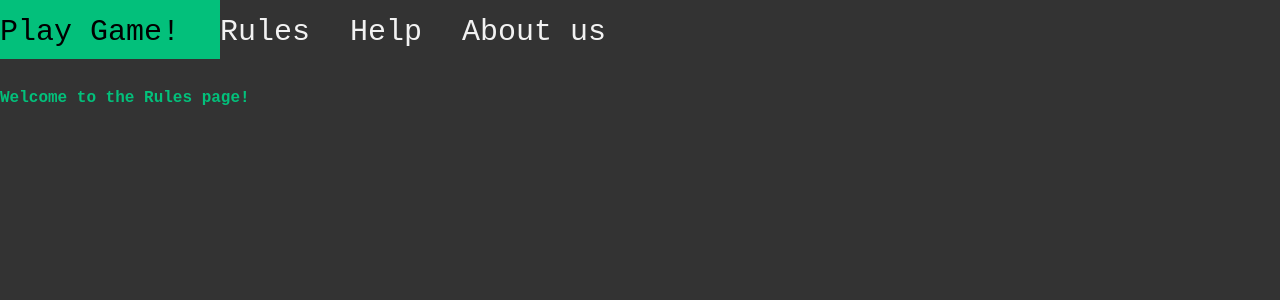
Repository: Ascendrospyder/rock-paper-scissors
Page: rulesPage.html
The author's editor kept a copy of each file at every save. The page is drawn from the files as they stood at one save, then again after a run of saves.
The browser window is 1280 px wide. The pictures show the whole page.

Above is the page before, as saved 2022-12-26 11:52:54.

### rulesPage.html
<!DOCTYPE html>
<html lang="en">
<head>
    <meta charset="UTF-8">
    <meta http-equiv="X-UA-Compatible" content="IE=edge">
    <meta name="viewport" content="width=device-width, initial-scale=1.0">
    <title>Rules</title>
    <link rel = "stylesheet" href="./css/style.css">
    <link rel = "stylesheet" href="./css/navbar.css">
</head>
<body>
    <nav>
        <div class = "nav-bar">
          <a class = "play-game" href = "app.html">Play Game!</a>
          <a class = "game-rules" href = "rulesPage.html">Rules</a>
          <a class = "help" href = "helpPage.html">Help</a>
          <a class = "about" href= "aboutPage.html">About us</a>
        </div>
    </nav>

    <h1 class = "heading">Welcome to the Rules page!</h1>
</body>
</html>

### css/style.css
/* The following code will remove the whitespace at the top of the browser */
* {
  margin: 0;
  padding: 0;
  border: 0;
  outline: 0;
  font-size: 100%;
  vertical-align: baseline;
  background: transparent;
}

body {
  background-color: #333;
}

.title {
  margin-bottom: 100px;
  display: flex;
  justify-content: center;
  align-items: center;
  margin-bottom: 300px;
}

.heading {
  /* font-size: 50px; */
  color : #03c07b;
  font-family: 'Roboto Mono', monospace;
}

.multicoloured-text {
  background-image: linear-gradient(to left, violet, indigo, green, blue, red, orange, red);
  -webkit-background-clip: text;
  -moz-background-clip: text;
  background-clip: text;
  color: transparent;
}

.prompt {
  /* border : 2px solid black;  */
  display : flex;
  justify-content: flex-start;
  margin-bottom: 20px;
}

.prompt-message {
  font-size: 30px;
  color : #03c07b;
  font-family: 'Roboto Mono', monospace;
}
.results {
  border: 5px solid rgb(40, 40, 40);
  flex-wrap: wrap;
  display : flex;
  justify-content: space-between;
  margin-bottom: 15px;
}


.results > button {
  flex : 1 1 0;
  background-color: #333;
  color: white;
  font-size: 30px;
  font-family: 'Roboto Mono', monospace;
  transition: background-color 0.3s;
}

button {
  padding-top: 40px;
  padding-bottom: 40px;
}

button:hover {
  background-color: #03c07b;
  color: black;
}

### css/navbar.css
.nav-bar {
  /* border : 10px solid black;  */
  background-color : #333;
  overflow: hidden;
  margin-bottom: 30px;
  /* padding-left: 20px; */
}

.nav-bar a {
  font-family: 'Roboto Mono', monospace;
  text-decoration: none;
  float : left;
  color : #f2f2f2;
  text-align: center;
  font-size: 30px;
  padding-right: 40px;
  padding-top: 15px;
  padding-bottom: 10px;
  transition: background-color 0.8s;
}

.nav-bar a:hover {
  background-color: #03c07b;
  color: black;
}

.nav-bar a:active {
  background-color: #03c07b;
  color : white;
}

After the next 3 saves:
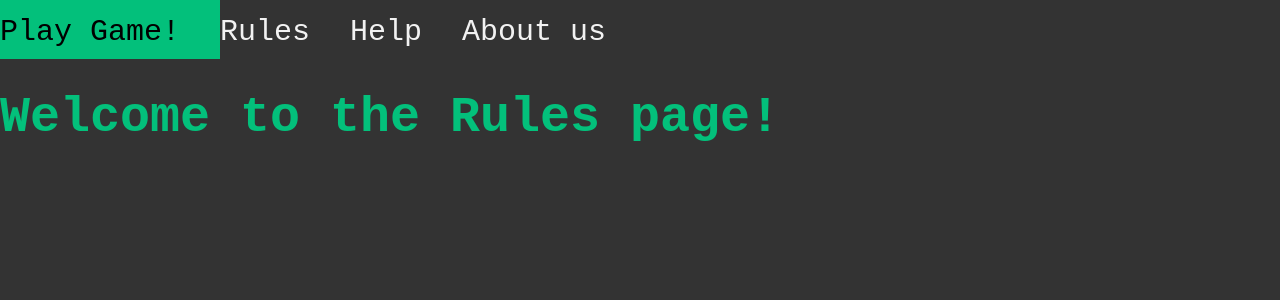
The 3 saves are shown as one change because they came seconds apart.
The last was saved 8 s later.
--- a/css/style.css
+++ b/css/style.css
@@ -22,7 +22,7 @@ body {
 }
 
 .heading {
-  /* font-size: 50px; */
+  font-size: 50px;
   color : #03c07b;
   font-family: 'Roboto Mono', monospace;
 }
